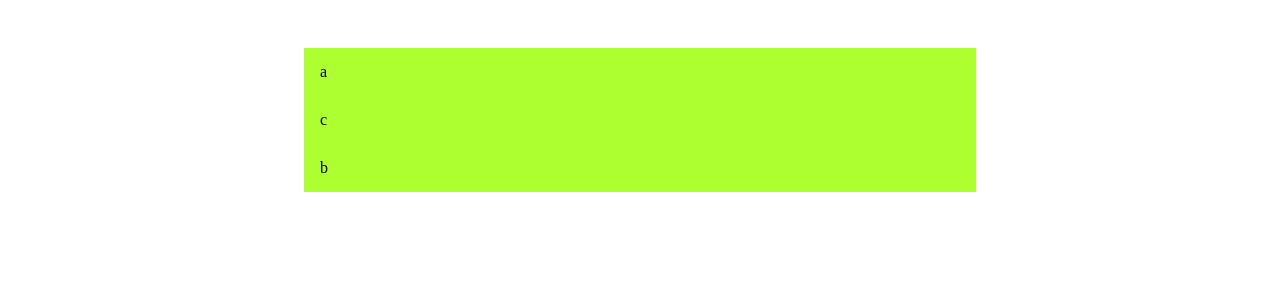
Repository: Giangattt123/HTML-CSS
Page: CSS/Flexbox/index.html
The author's editor kept a copy of each file at every save. The page is drawn from the files as they stood at one save, then again after a run of saves.
The browser window is 1280 px wide. The pictures show the whole page.

Above is the page before, as saved 2023-04-26 16:04:23.

### CSS/Flexbox/index.html
<!DOCTYPE html>
<html lang="en">
  <head>
    <meta charset="UTF-8" />
    <meta http-equiv="X-UA-Compatible" content="IE=edge" />
    <meta name="viewport" content="width=device-width, initial-scale=1.0" />
    <title>Flexbox</title>
    <link rel="stylesheet" href="style.css" />
    <link rel="stylesheet" href="reset.css" />
  </head>
  <body>
    <ul class="list">
      <li class="list-item">a</li>
      <li class="list-item">c</li>
      <li class="list-item">b</li>
    </ul>
  </body>
</html>

### CSS/Flexbox/style.css
*,
*:before *:after {
  box-sizing: border-box;
}
html {
  font-size: 62.5%;
}
body {
  font-family: "Poppins", sans-serif;
  font-size: 1.6rem;
  font-weight: normal;
}
img {
  display: block;
  max-width: 100%;
}
input,
textarea,
select,
button {
  outline: none;
}
input {
  line-height: normal;
}
label,
button {
  cursor: pointer;
}
a {
  text-decoration: none;
}
.list {
  display: flex;
  /* flex-direction: row-reverse; */
  align-items: flex-start;
  align-items: flex-end;
  align-items: center;
  margin-top: 3rem;
  justify-content: flex-start;
  justify-content: flex-end;
  justify-content: center;
  justify-content: space-between;
  justify-content: space-around;
  justify-content: space-evenly;
  flex-wrap: wrap;
}
.list-item {
  padding: 1rem;
  background-color: greenyellow;
  margin: 0 5px;
  width: 50%;
}
.list-item:last-child {
  align-self: flex-end;
}

Loaded but not shown: CSS/Flexbox/reset.css (common file)

After the next 2 saves:
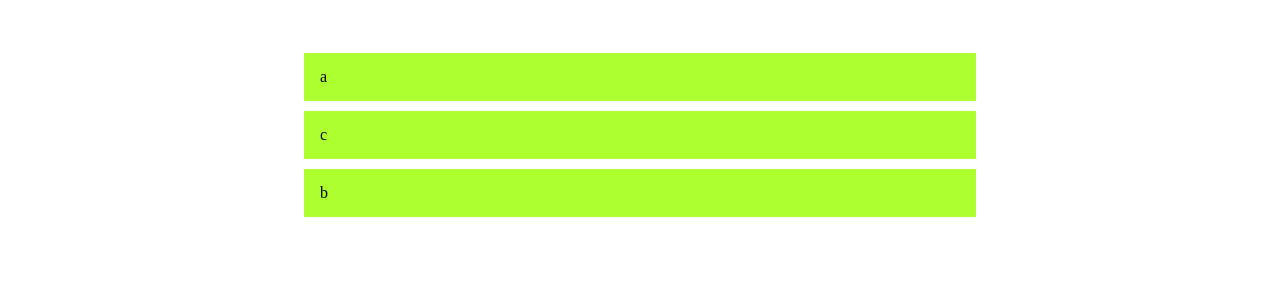
The 2 saves are shown as one change because they came seconds apart.
The last was saved 19 s later.
--- a/CSS/Flexbox/style.css
+++ b/CSS/Flexbox/style.css
@@ -48,7 +48,7 @@ a {
 .list-item {
   padding: 1rem;
   background-color: greenyellow;
-  margin: 0 5px;
+  margin: 5px 5px;
   width: 50%;
 }
 .list-item:last-child {
